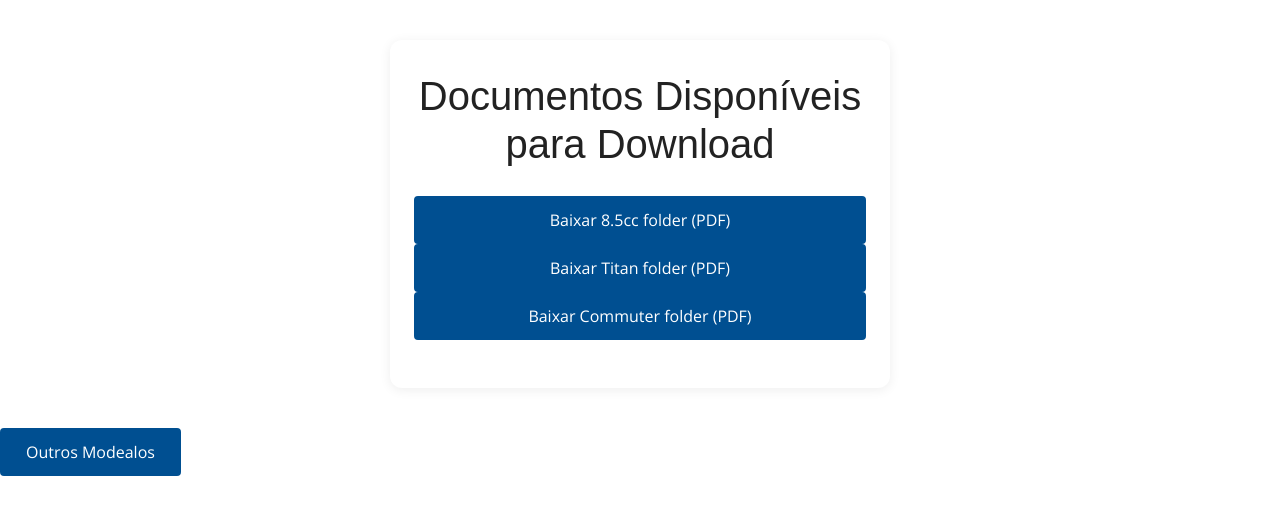
Repository: JamesOliveira1/Project-MastroWebSite
Page: assets/contents/documents.html
These files come from the project's save history. The page is drawn as it stood at one moment and after the next save; the edit follows.
The browser window is 1280 px wide. The pictures show the whole page.
Some web fonts or font styles are not loaded; a fallback is used.

Above is the page before, as saved 2025-06-30 13:25:40.

### assets/contents/documents.html
<!DOCTYPE html>
<html lang="pt-BR">
<head>
    <meta charset="UTF-8">
    <title>Documentos para Download</title>
      <!-- Google Fonts -->
  <link href="https://fonts.googleapis.com/css?family=Open+Sans:300,300i,400,400i,600,600i,700,700i|Raleway:300,300i,400,400i,500,500i,600,600i,700,700i|Poppins:300,300i,400,400i,500,500i,600,600i,700,700i"
    rel="stylesheet">

  <!-- Vendor CSS Files -->
  <link href="../assets/vendor/aos/aos.css" rel="stylesheet">
  <link href="../assets/vendor/bootstrap/css/bootstrap.min.css" rel="stylesheet">
  <link href="../assets/vendor/bootstrap-icons/bootstrap-icons.css" rel="stylesheet">
  <link href="../assets/vendor/boxicons/css/boxicons.min.css" rel="stylesheet">
  <link href="../assets/vendor/glightbox/css/glightbox.min.css" rel="stylesheet">
  <link href="../assets/vendor/remixicon/remixicon.css" rel="stylesheet">
  <link href="../assets/vendor/swiper/swiper-bundle.min.css" rel="stylesheet">

   <!-- Template Main CSS File -->
  <link href="../assets/css/style.css" rel="stylesheet">
    <style>
        /* Estilo adicional para destacar a lista de documentos */
        .documents-container {
            max-width: 500px;
            margin: 40px auto;
            padding: 32px 24px;
            background: #fff;
            border-radius: 12px;
            box-shadow: 0 2px 12px rgba(0,0,0,0.07);
        }
        .documents-container h1 {
            text-align: center;
            margin-bottom: 28px;
            color: #222;
        }
        .documents-list {
            list-style: none;
            padding: 0;
        }
    </style>
</head>
<body>
    <div class="documents-container">
        <h1>Documentos Disponíveis para Download</h1>
        <ul class="documents-list">
            <li>
                <a href="./85cc.pdf" download class="btn btn-primary btn-large botaoorçarmento nav-link scrollto" role="button">
                    Baixar 8.5cc folder (PDF)
                </a>
            </li>
            <li>
                <a href="./titancc.pdf" download class="btn btn-primary btn-large botaoorçarmento nav-link scrollto" role="button">
                    Baixar Titan folder (PDF)
                </a>
            </li>
            <li>
                <a href="./commuter.pdf" download class="btn btn-primary btn-large botaoorçarmento nav-link scrollto" role="button">
                    Baixar Commuter folder (PDF)
                </a>
            </li>
        </ul>
    </div>

     <button class="btn btn-primary btn-large botaoorçarmento" type="button"><a class="nav-link scrollto" href="../index.html#portfolio">Outros Modealos</a></button>

</body>
</html>

Loaded but not shown: assets/vendor/aos/aos.css (library); assets/vendor/bootstrap/css/bootstrap.min.css (library); assets/vendor/bootstrap-icons/bootstrap-icons.css (library); assets/vendor/boxicons/css/boxicons.min.css (library); assets/vendor/glightbox/css/glightbox.min.css (library); assets/vendor/remixicon/remixicon.css (library); assets/vendor/swiper/swiper-bundle.min.css (library); assets/css/style.css (4288 lines, source omitted)

After the next save:
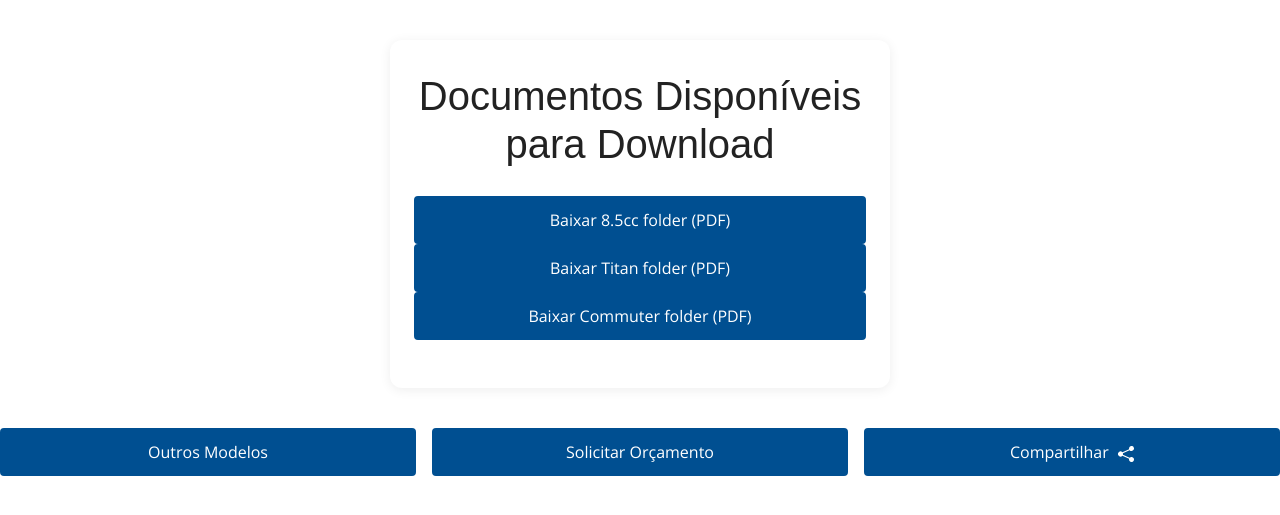
Saved 39 s later.
--- a/assets/contents/documents.html
+++ b/assets/contents/documents.html
@@ -61,7 +61,12 @@
         </ul>
     </div>
 
-     <button class="btn btn-primary btn-large botaoorçarmento" type="button"><a class="nav-link scrollto" href="../index.html#portfolio">Outros Modealos</a></button>
-
+      <div class="gap-3">
+              <button class="btn btn-primary btn-large botaoorçarmento" type="button"><a class="nav-link scrollto" href="../index.html#portfolio">Outros Modelos</a></button>
+              <button class="btn btn-primary btn-large botaoorçarmento" type="button"><a class="nav-link" href="../orcamento.html">Solicitar Orçamento</a></button>
+              <button id="sharecommuter" class="btn btn-primary btn-large botaoorçarmento botaocompartilhar" type="button">Compartilhar <svg xmlns="http://www.w3.org/2000/svg" width="16" height="16" fill="currentColor" class="bi bi-share-fill" viewBox="0 0 16 16">
+                <path d="M11 2.5a2.5 2.5 0 1 1 .603 1.628l-6.718 3.12a2.5 2.5 0 0 1 0 1.504l6.718 3.12a2.5 2.5 0 1 1-.488.876l-6.718-3.12a2.5 2.5 0 1 1 0-3.256l6.718-3.12A2.5 2.5 0 0 1 11 2.5"/>
+              </svg></button>
+            </div>
 </body>
 </html>
